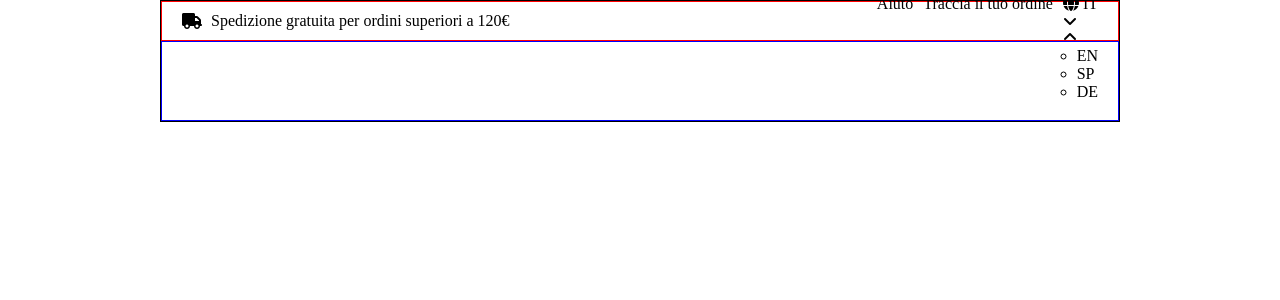
Repository: jacoporm1989/studioFlexbox
Page: FLEXBOX/Header+Navbar1/index.html
An editor plug-in stored every save of this project. The page is shown before and after the next save, followed by the edit.
The browser window is 1280 px wide. The pictures show the whole page.
The pointer rests on the first visible `.lingue`.

Above is the page before, as saved 2026-06-10 11:58:23.

After the next save:
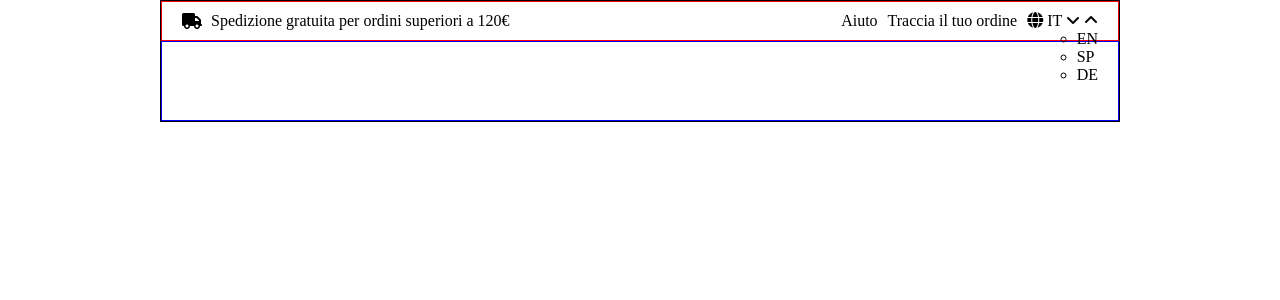
Saved 17 s later.
--- a/FLEXBOX/Header+Navbar1/index.css
+++ b/FLEXBOX/Header+Navbar1/index.css
@@ -69,7 +69,7 @@
 
 .lingue:hover .fa-angle-down{
 
-    display:flex;
+    display:inline;
 }
 
 .lingue:hover .fa-angle-up{

After the save that followed:
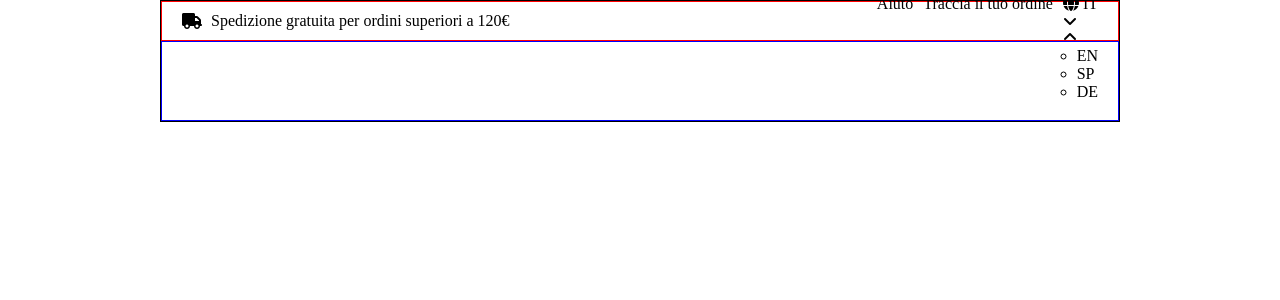
Saved 10 s later.
--- a/FLEXBOX/Header+Navbar1/index.css
+++ b/FLEXBOX/Header+Navbar1/index.css
@@ -69,7 +69,7 @@
 
 .lingue:hover .fa-angle-down{
 
-    display:inline;
+    display:flex;
 }
 
 .lingue:hover .fa-angle-up{
